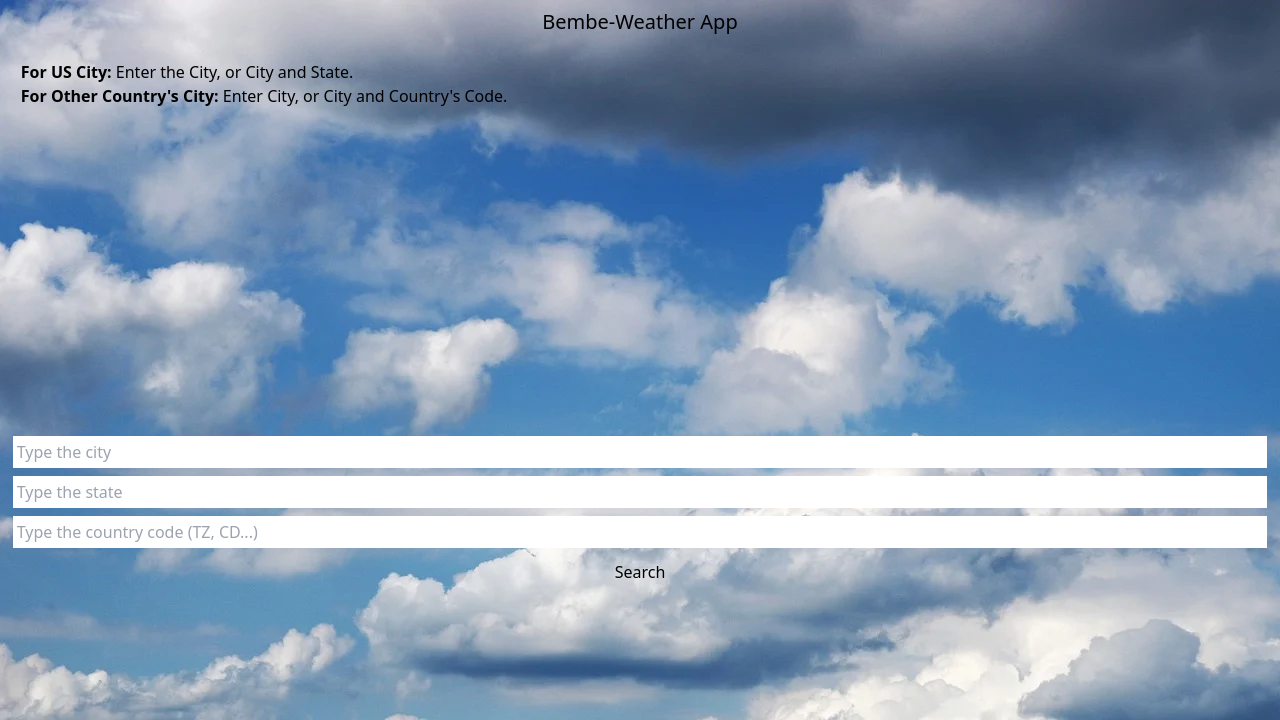
Repository: ShindanoSingi/bembe-weather
Page: /
An editor plug-in stored every save of this project. The page is shown before and after the next save, followed by the edit.
The browser window is 1280 px wide. The pictures show the whole page.
The page's requests for data from a server got no answer. The project was rebuilt for these pictures with package versions that can differ from the ones it lists, and the page was loaded fresh each time. No one was signed in, and anything a server would have sent is missing.

Above is the page before, as saved 2022-09-14 23:41:24.

After the next save:
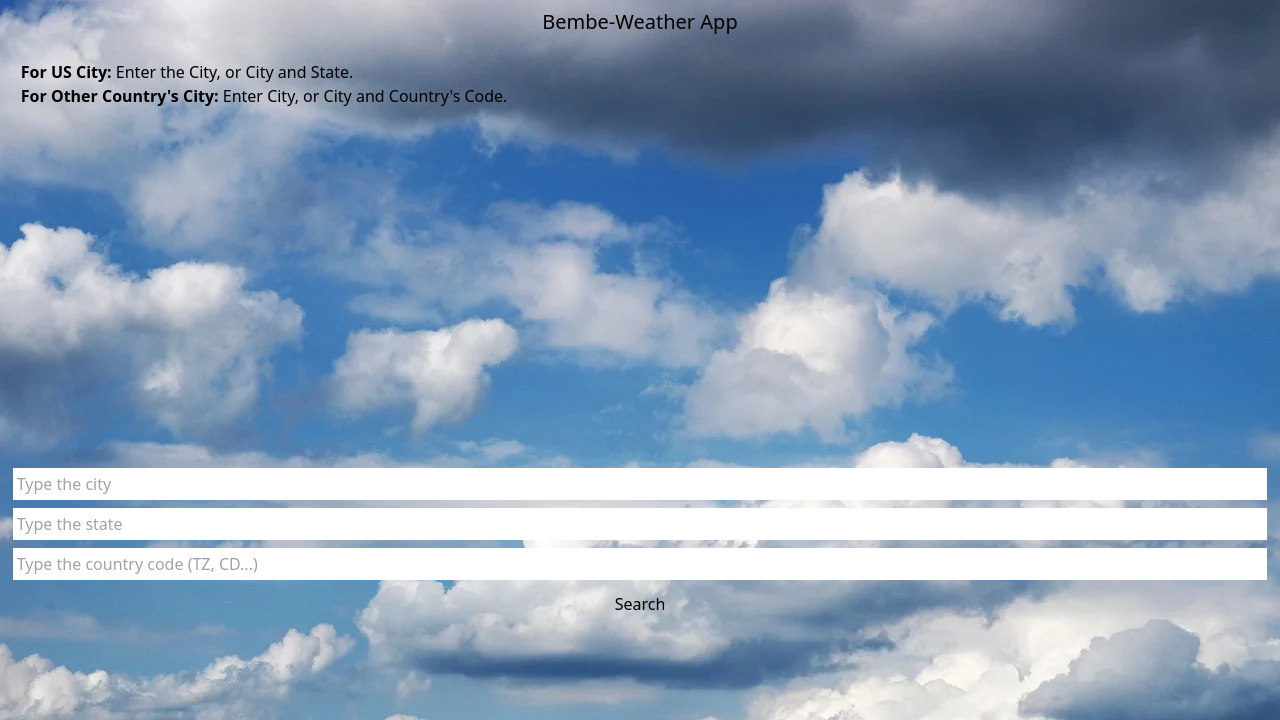
Saved 24 s later.
--- a/src/components/SearchForm.js
+++ b/src/components/SearchForm.js
@@ -10,7 +10,7 @@ const SearchForm = ({
   handleChangeCountry,
 }) => {
   return (
-    <div className="relative top-[16rem]">
+    <div className="relative top-[18rem]">
       <form className="form-container" onSubmit={handleSubmit} d-flex>
         <div className="flex flex-col items-center gap-2 form-container">
           <div className="flex flex-col gap-2">
